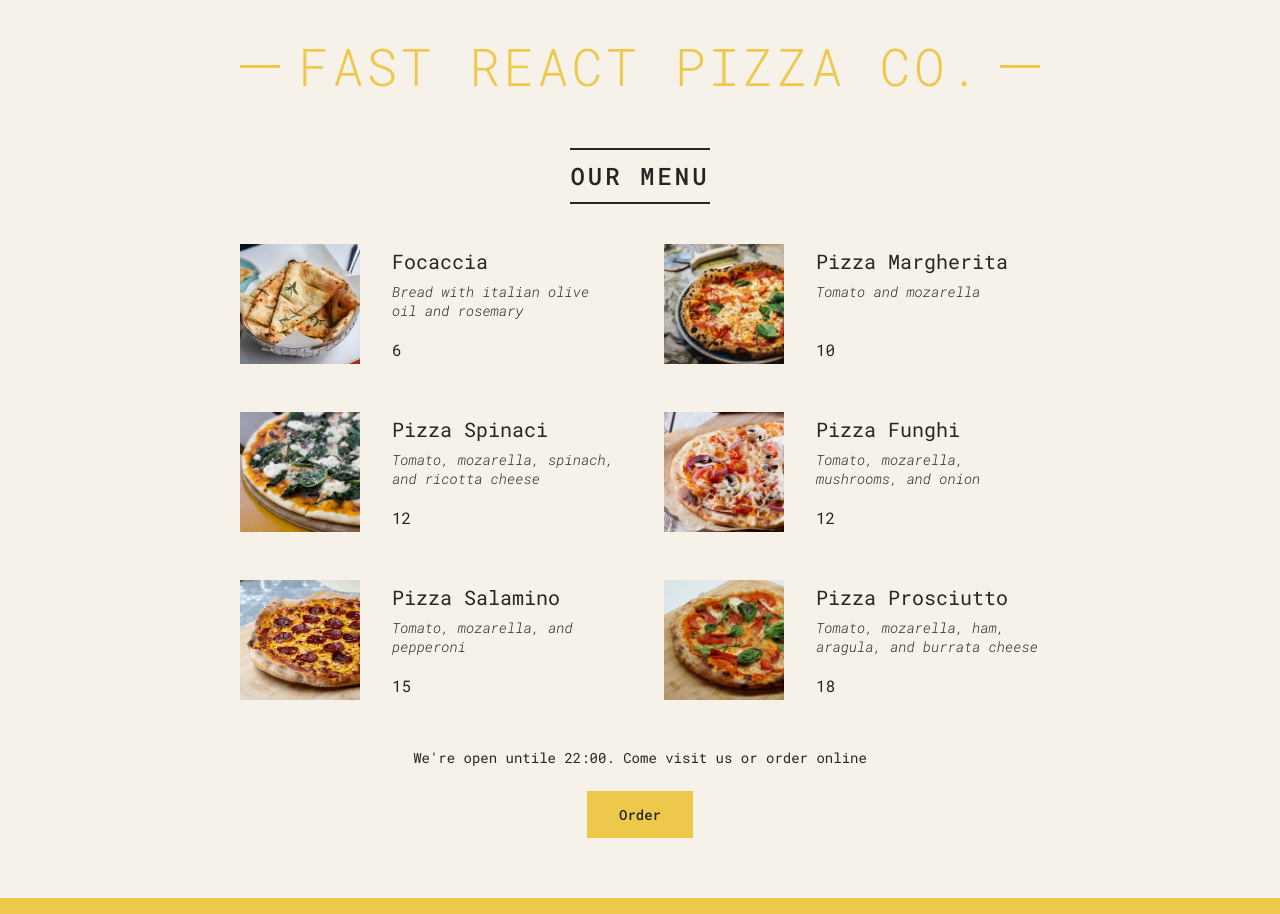
Repository: ahmedharidy/First-React-App
Page: /
The author's editor kept a copy of each file at every save. The page is drawn from the files as they stood at one save, then again after the next save.
The browser window is 1280 px wide. The pictures show the whole page.
The project was rebuilt for these pictures with package versions that can differ from the ones it lists, and the page was loaded fresh each time.

Above is the page before, as saved 2026-09-23 01:13:13.

### src/index.js
import React from "react";
import ReactDOM from "react-dom/client";
import "./index.css";

const pizzaData = [
  {
    name: "Focaccia",
    ingredients: "Bread with italian olive oil and rosemary",
    price: 6,
    photoName: "pizzas/focaccia.jpg",
    soldOut: false,
  },
  {
    name: "Pizza Margherita",
    ingredients: "Tomato and mozarella",
    price: 10,
    photoName: "pizzas/margherita.jpg",
    soldOut: false,
  },
  {
    name: "Pizza Spinaci",
    ingredients: "Tomato, mozarella, spinach, and ricotta cheese",
    price: 12,
    photoName: "pizzas/spinaci.jpg",
    soldOut: false,
  },
  {
    name: "Pizza Funghi",
    ingredients: "Tomato, mozarella, mushrooms, and onion",
    price: 12,
    photoName: "pizzas/funghi.jpg",
    soldOut: false,
  },
  {
    name: "Pizza Salamino",
    ingredients: "Tomato, mozarella, and pepperoni",
    price: 15,
    photoName: "pizzas/salamino.jpg",
    soldOut: true,
  },
  {
    name: "Pizza Prosciutto",
    ingredients: "Tomato, mozarella, ham, aragula, and burrata cheese",
    price: 18,
    photoName: "pizzas/prosciutto.jpg",
    soldOut: false,
  },
];
function App() {
  return (
    <div className="container">
      <Header />
      <Menu />
      <Footer />
    </div>
  );
}

function Header() {
  //   const style = { color: "red", fontSize: "48px", textTransform: "uppercase" };
  const style = {};
  return (
    <header className="header">
      <h1 style={style}>Fast react pizza co.</h1>
    </header>
  );
}
function Menu() {
  return (
    <main className="menu">
      <h2>Our menu</h2>

      <ul className="pizzas">
        {pizzaData.map((pizza) => (
          <Pizza pizzaObj={pizza} key={pizza.name} />
        ))}
      </ul>
      {/* <Pizza
        name="pizza spinaci"
        ingredient="Bread with italian olive oil and rosemary"
        photoName="pizzas/spinaci.jpg"
        price={10}
      />

      <Pizza
        name="pizza funghi"
        ingredient="Bread with tomato and mushrooms"
        photoName="pizzas/funghi.jpg"
        price={50}
      /> */}
    </main>
  );
}

function Pizza(props) {
  return (
    <li className="pizza">
      <img src={props.pizzaObj.photoName} alt={props.pizzaObj.name}></img>
      <div>
        <h3>{props.pizzaObj.name}</h3>
        <p>{props.pizzaObj.ingredients}</p>
        <span>{props.pizzaObj.price}</span>
      </div>
    </li>
  );
}

function Footer() {
  const hour = new Date().getHours();
  const openHour = 12;
  const closeHour = 22;
  const isOpen = hour >= openHour && hour <= closeHour;
  console.log(isOpen);
  //   if (hour >= openHour && hour <= closeHour) alert("were currently open!");
  //   else alert("sorry were closed");

  return (
    <footer className="footer">
      {isOpen && (
        <div className="order">
          <p>We're open untile {closeHour}:00. Come visit us or order online</p>
          <button className="btn">Order</button>
        </div>
      )}
    </footer>
  );
  //   return React.createElement("footer", null, "we're currently open");
}

const root = ReactDOM.createRoot(document.getElementById("root"));

root.render(<App />);

Loaded but not shown: public/index.html (common file); src/index.css (common file)

After the next save:
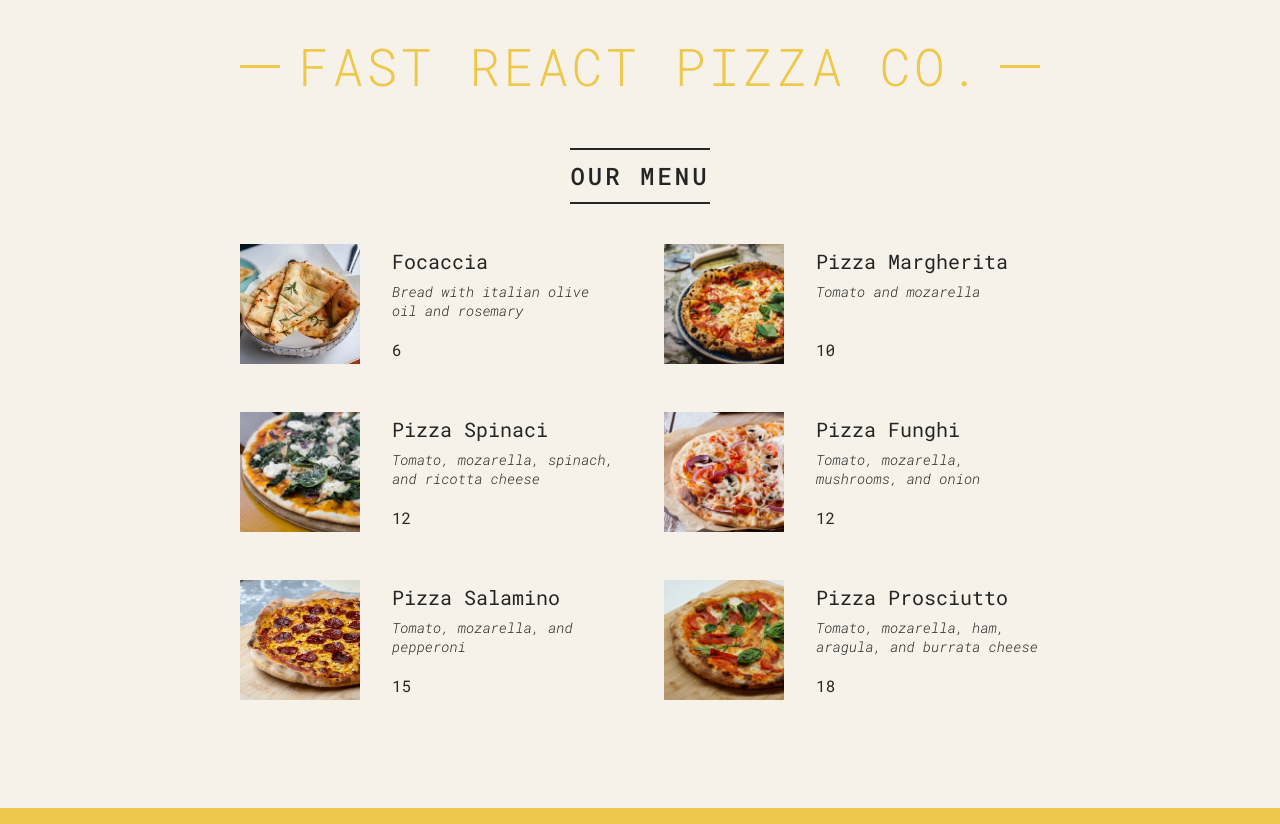
Saved 54 s later.
--- a/src/index.js
+++ b/src/index.js
@@ -116,9 +116,9 @@
 
   return (
     <footer className="footer">
-      {isOpen && (
+      {!isOpen && (
         <div className="order">
-          <p>We're open untile {closeHour}:00. Come visit us or order online</p>
+          <p>We're open until {closeHour}:00. Come visit us or order online</p>
           <button className="btn">Order</button>
         </div>
       )}

After the save that followed:
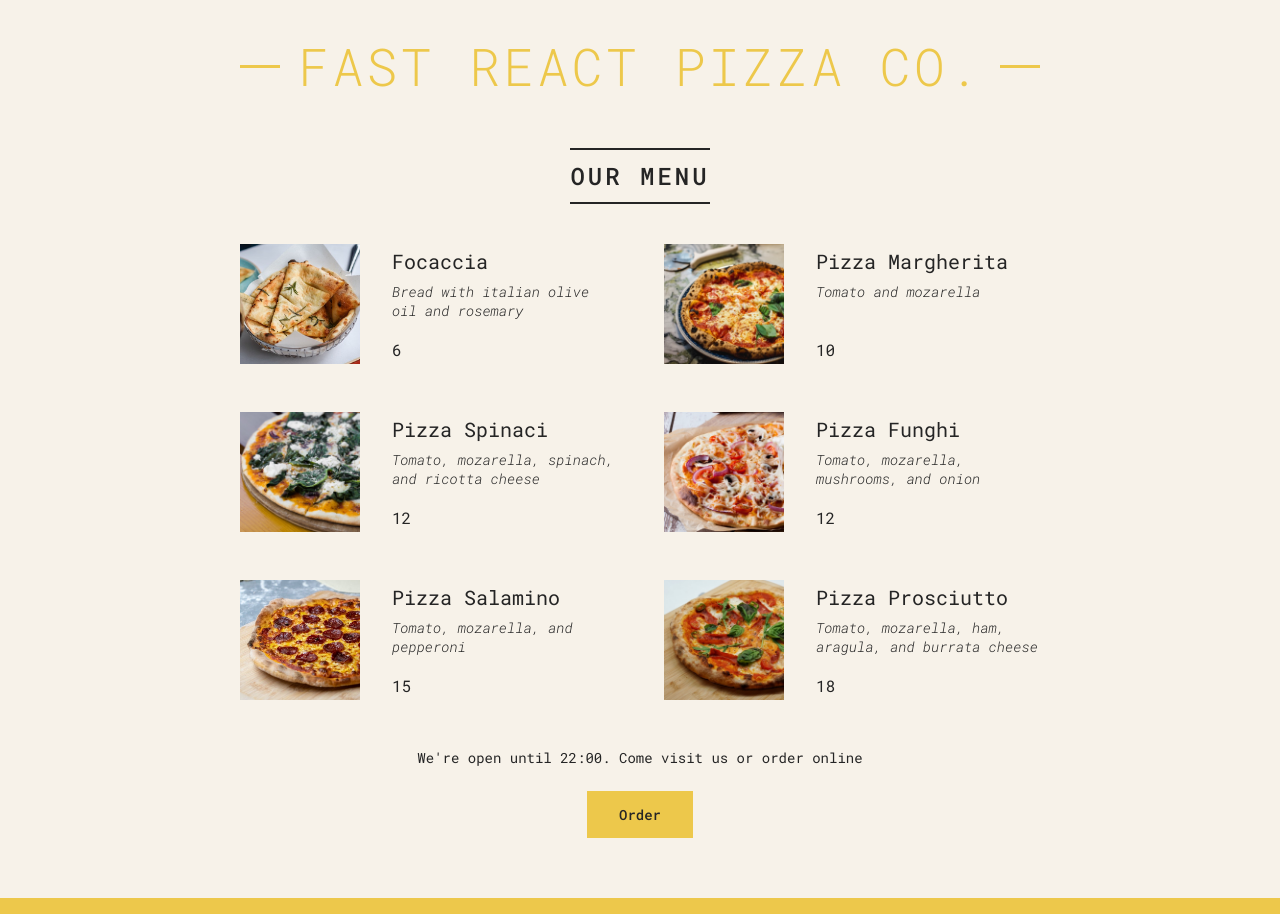
Saved 18 s later.
--- a/src/index.js
+++ b/src/index.js
@@ -116,7 +116,7 @@
 
   return (
     <footer className="footer">
-      {!isOpen && (
+      {isOpen && (
         <div className="order">
           <p>We're open until {closeHour}:00. Come visit us or order online</p>
           <button className="btn">Order</button>
